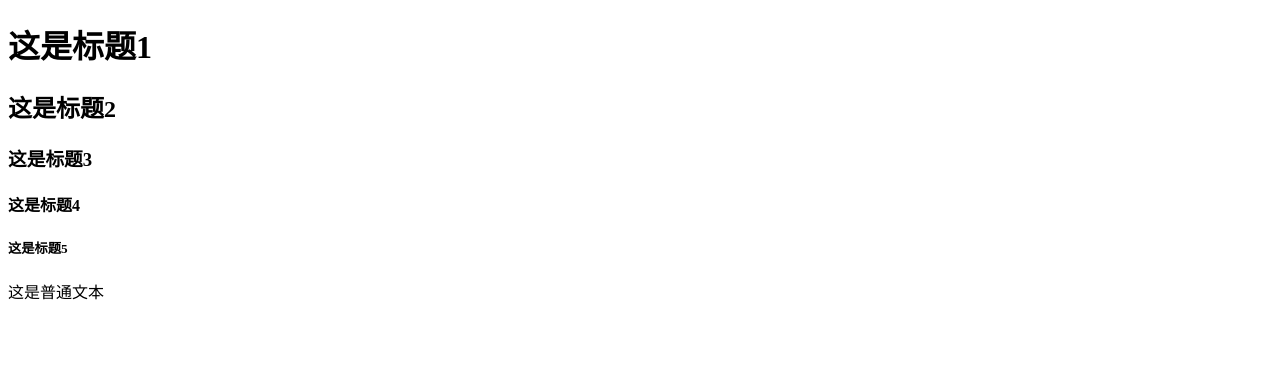
Repository: weizhang05g/learninghtml
Page: html标题.html
The author's editor kept a copy of each file at every save. The page is drawn from the files as they stood at one save, then again after the next save.
The browser window is 1280 px wide. The pictures show the whole page.

Above is the page before, as saved 2019-12-19 09:10:27.

### html标题.html
<!DOCTYPE html>
<html lang="en">
<head>
    <meta charset="UTF-8">
    <meta name="viewport" content="width=device-width, initial-scale=1.0">
    <meta http-equiv="X-UA-Compatible" content="ie=edge">
    <title>Document</title>
</head>
<body>
    <h1>这是标题1</h1>
    <h2>这是标题2</h2>
    <h3>这是标题3</h3>
    <h4>这是标题4</h4>
    <h5>这是标题5</h5>
    <p>这是普通文本</p>
</body>
</html>

After the next save:
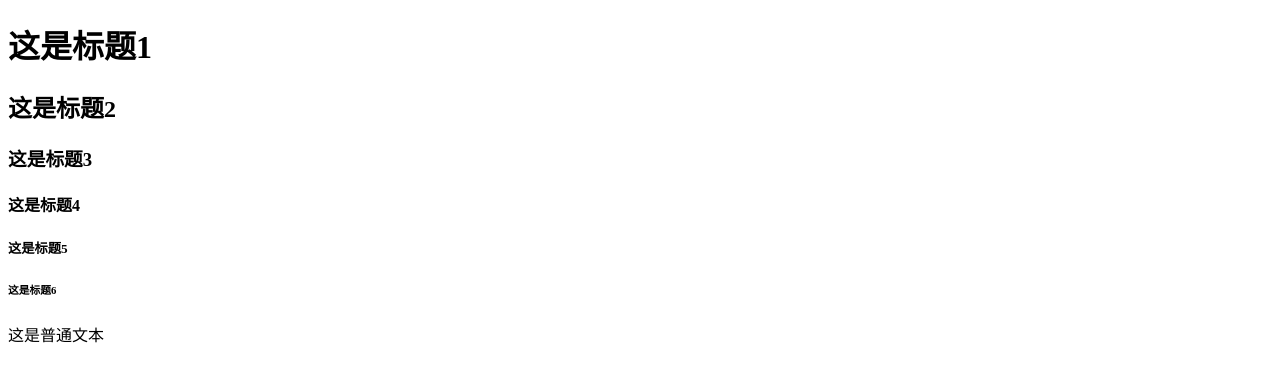
Saved 3 min 45 s later.
--- a/html标题.html
+++ b/html标题.html
@@ -12,6 +12,7 @@
     <h3>这是标题3</h3>
     <h4>这是标题4</h4>
     <h5>这是标题5</h5>
+    <h6>这是标题6</h6>
     <p>这是普通文本</p>
 </body>
 </html>
